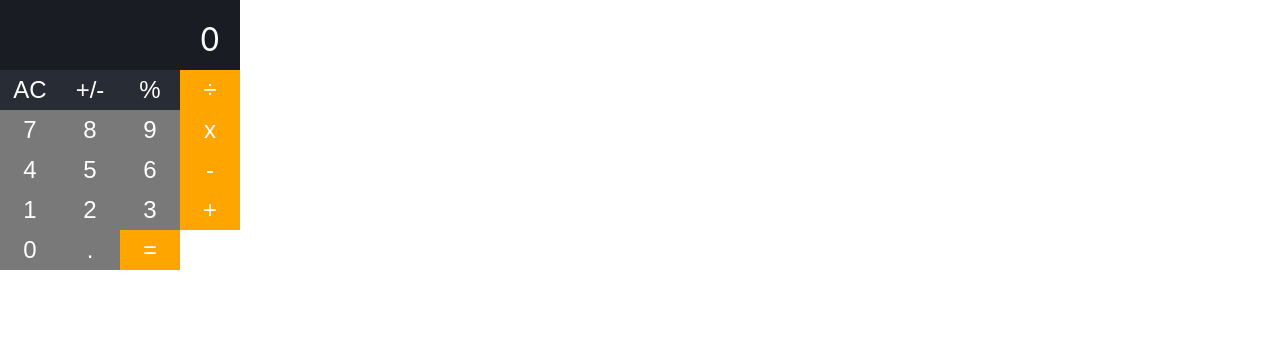
Repository: catsarenotreal/CalculatorWebApp
Page: /
These files come from the project's save history. The page is drawn as it stood at one moment and after the next save; the edit follows.
The browser window is 1280 px wide. The pictures show the whole page.
The project was rebuilt for these pictures with package versions that can differ from the ones it lists, and the page was loaded fresh each time.

Above is the page before, as saved 2024-08-23 10:28:18.

After the next save:
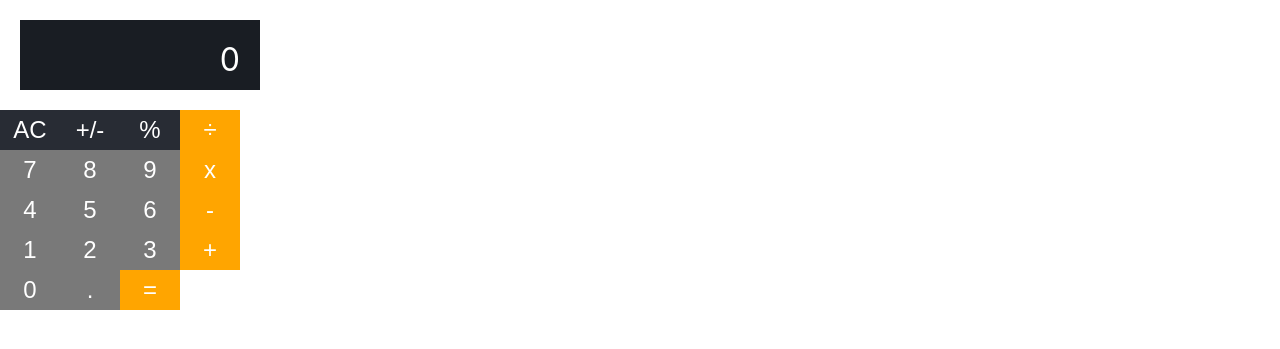
Saved 9 s later.
--- a/src/App.css
+++ b/src/App.css
@@ -56,7 +56,7 @@
   width: 200px;
   height: 30px;
   padding:20px;
-  margin-bottom: 20;
+  margin: 20px;
   /* font-size: 100;
    */
   font-size:xx-large;

After the save that followed:
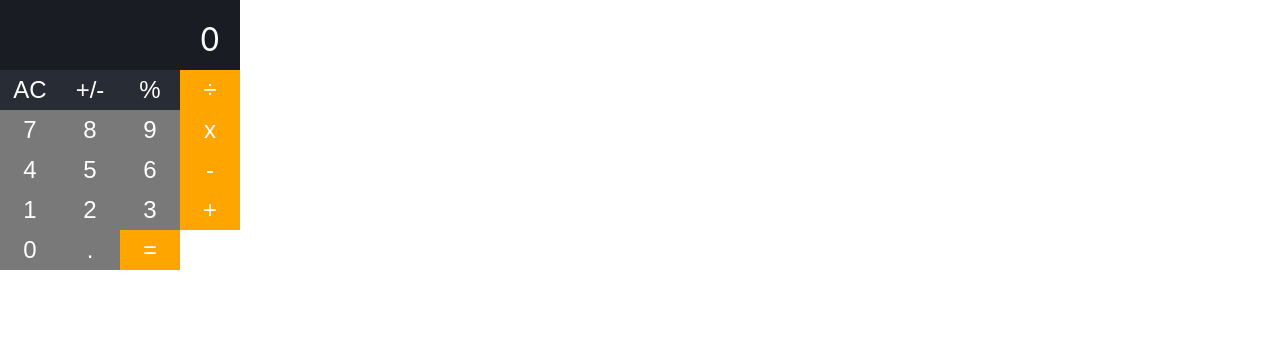
Saved 34 s later.
--- a/src/App.css
+++ b/src/App.css
@@ -56,7 +56,6 @@
   width: 200px;
   height: 30px;
   padding:20px;
-  margin: 20px;
   /* font-size: 100;
    */
   font-size:xx-large;
